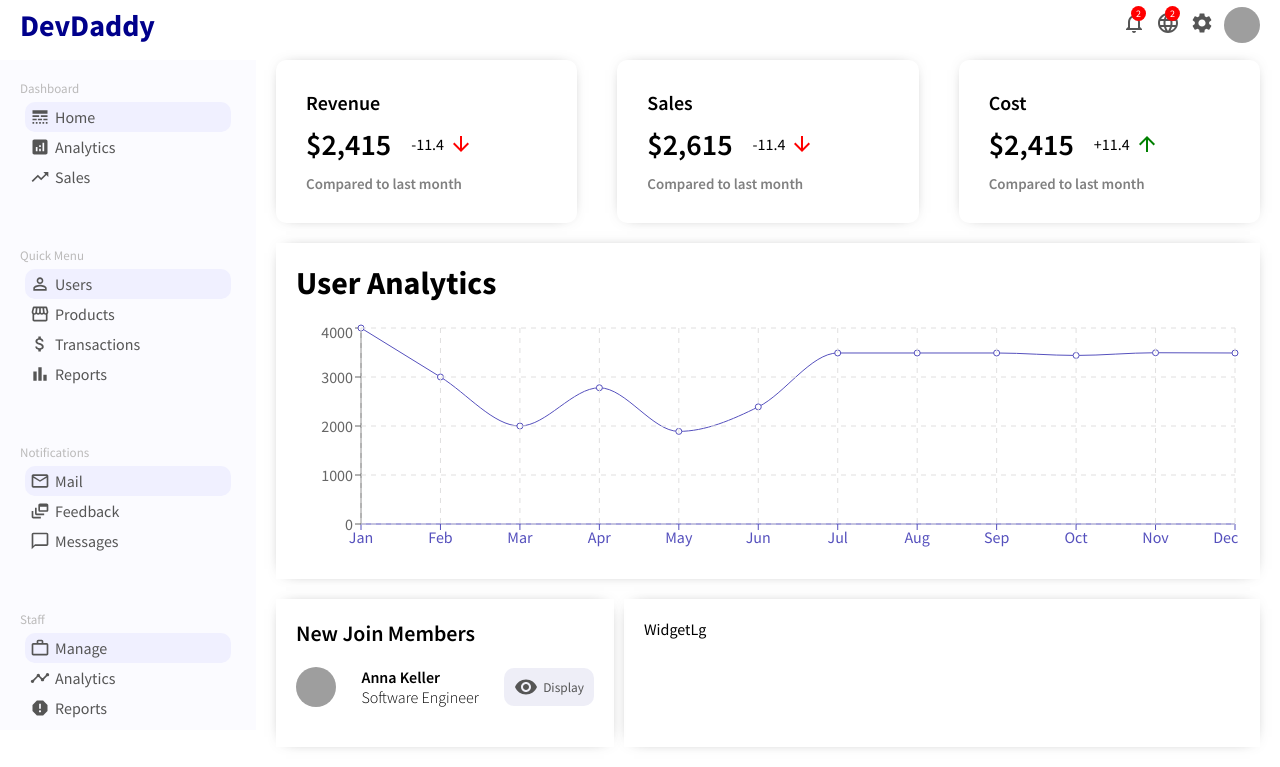
Repository: Marhamat92/react-admin-dashboard
Page: /
The author's editor kept a copy of each file at every save. The page is drawn from the files as they stood at one save, then again after the next save.
The browser window is 1280 px wide. The pictures show the whole page.
Pictures or frames that could not be fetched are drawn as grey boxes. The project was rebuilt for these pictures with package versions that can differ from the ones it lists, and the page was loaded fresh each time.

Above is the page before, as saved 2023-02-09 13:24:19.

### public/index.html
<!DOCTYPE html>
<html lang="en">

<head>
  <meta charset="utf-8" />
  <link rel="icon" href="%PUBLIC_URL%/favicon.ico" />
  <meta name="viewport" content="width=device-width, initial-scale=1" />
  <meta name="theme-color" content="#000000" />
  <meta name="description" content="Web site created using create-react-app" />
  <link rel="apple-touch-icon" href="%PUBLIC_URL%/logo192.png" />
  <link rel="preconnect" href="https://fonts.googleapis.com">
  <link rel="preconnect" href="https://fonts.gstatic.com" crossorigin>
  <link href="https://fonts.googleapis.com/css2?family=Source+Sans+Pro:wght@200;300;400;600;700;900&display=swap"
    rel="stylesheet">
  <!--
      manifest.json provides metadata used when your web app is installed on a
      user's mobile device or desktop. See https://developers.google.com/web/fundamentals/web-app-manifest/
    -->
  <link rel="manifest" href="%PUBLIC_URL%/manifest.json" />
  <!--
      Notice the use of %PUBLIC_URL% in the tags above.
      It will be replaced with the URL of the `public` folder during the build.
      Only files inside the `public` folder can be referenced from the HTML.

      Unlike "/favicon.ico" or "favicon.ico", "%PUBLIC_URL%/favicon.ico" will
      work correctly both with client-side routing and a non-root public URL.
      Learn how to configure a non-root public URL by running `npm run build`.
    -->
  <style>
    * {
      font-family: 'Source Sans Pro', sans-serif;
      margin: 0;
    }
  </style>
  <title>DevDaddy Admin Dashboard</title>
</head>

<body>
  <noscript>You need to enable JavaScript to run this app.</noscript>
  <div id="root"></div>
  <!--
      This HTML file is a template.
      If you open it directly in the browser, you will see an empty page.

      You can add webfonts, meta tags, or analytics to this file.
      The build step will place the bundled scripts into the <body> tag.

      To begin the development, run `npm start` or `yarn start`.
      To create a production bundle, use `npm run build` or `yarn build`.
    -->
</body>

</html>

### src/App.js
import Topbar from "./components/Topbar/Topbar";
import Sidebar from "./components/sidebar/Sidebar";
import "./app.scss";
import Home from "./pages/home/Home";


function App() {
  return (
    <div>
      <Topbar />
      <div className="container">
        <Sidebar />
        <Home />

      </div>
    </div>
  );
}

export default App;

### src/components/Topbar/Topbar.jsx
import React from 'react'
import "./topbar.scss"
import { Language, NotificationsNone, Settings } from '@mui/icons-material'

function Topbar() {
  return (
    <div className="topbar" >
       <div className='topbarWrapper' >
          <div className='topLeft' >
            <span className='logo'>DevDaddy</span>
          </div>
          <div className='topRight' >
             <div className='topbarIconContainer' >
               <NotificationsNone/>
                <span className='topIconBadge'>2</span>
             </div>
             <div className='topbarIconContainer' >
               <Language/>
                <span className='topIconBadge'>2</span>
             </div>
             <div className='topbarIconContainer' >
               <Settings/>
             </div>
             <img className='topAvatar' src='https://i.pinimg.com/originals/99/ee/d8/99eed8642bbb66a71d0f1677d18a2587.jpg' alt="jack sheperd" />
          </div>
       </div>
    </div>
  )
}

export default Topbar

### src/components/sidebar/Sidebar.js
import React from 'react'
import './sidebar.scss'
import { Analytics, AttachMoney, ChatBubbleOutline, DynamicFeed, LineStyle, MailOutline, PermIdentity, Report, Storefront, Timeline, TrendingUp, WorkOutline, BarChart } from '@mui/icons-material'



function Sidebar() {
  return (
    <div className='sidebar'>
      <div className='sidebarWrapper'>
        <div className='sidebarMenu' >
          <div className='sidebarTitle'>
            Dashboard
          </div>
          <ul className='sidebarList'>
            <li className='sidebarListItem active'>
              <LineStyle className='sidebarIcon' />
              Home
            </li>
            <li className='sidebarListItem'>
              <Analytics className='sidebarIcon' />
              Analytics
            </li>
            <li className='sidebarListItem'>
              <TrendingUp className='sidebarIcon' />
              Sales
            </li>
          </ul>
        </div>
      </div>

      <div className='sidebarWrapper'>
        <div className='sidebarMenu' >
          <div className='sidebarTitle'>
            Quick Menu
          </div>
          <ul className='sidebarList'>
            <li className='sidebarListItem active'>
              <PermIdentity className='sidebarIcon' />
              Users
            </li>
            <li className='sidebarListItem'>
              <Storefront className='sidebarIcon' />
              Products
            </li>
            <li className='sidebarListItem'>
              <AttachMoney className='sidebarIcon' />
              Transactions
            </li>
            <li className='sidebarListItem'>
              <BarChart className='sidebarIcon' />
              Reports
            </li>
          </ul>
        </div>
      </div>

      <div className='sidebarWrapper'>
        <div className='sidebarMenu' >
          <div className='sidebarTitle'>
            Notifications
          </div>
          <ul className='sidebarList'>
            <li className='sidebarListItem active'>
              <MailOutline className="sidebarIcon" />
              Mail
            </li>
            <li className='sidebarListItem'>
              <DynamicFeed className="sidebarIcon" />
              Feedback
            </li>
            <li className='sidebarListItem'>
              <ChatBubbleOutline className="sidebarIcon" />
              Messages
            </li>
          </ul>
        </div>
      </div>

      <div className='sidebarWrapper'>
        <div className='sidebarMenu' >
          <div className='sidebarTitle'>
            Staff
          </div>
          <ul className='sidebarList'>
            <li className='sidebarListItem active'>
              <WorkOutline className="sidebarIcon" />
              Manage
            </li>
            <li className='sidebarListItem'>
              <Timeline className="sidebarIcon" />
              Analytics
            </li>
            <li className='sidebarListItem'>
              <Report className="sidebarIcon" />
              Reports
            </li>
          </ul>
        </div>
      </div>
    </div>
  )
}

export default Sidebar

### src/app.scss
.container {
  display:flex;
  margin-top: 10px;
}

### src/pages/home/Home.js
import React from 'react'
import './home.scss'
import FeaturedInfo from '../../components/featuredInfo/FeaturedInfo'
import Chart from '../../components/chart/Chart'
import { userData } from '../../data/userData'
import WidgetSm from '../../components/widgetSm/WidgetSm'
import WidgetLg from '../../components/widgetLg/WidgetLg'

function Home() {
  return (
    <div className='home' >
      <FeaturedInfo />
      <Chart title="User Analytics" data={userData} dataKey="Active User" grid />
      <div className='homeWidgets' >
        <WidgetSm />
        <WidgetLg />
      </div>
    </div>
  )
}

export default Home

### src/components/Topbar/topbar.scss
.topbar{
  width:100%;
  height: 50px;
  background-color: white;
  position: sticky;
  top:0;
  z-index: 999;
}

.topbarWrapper{
  height: 100%;
  padding: 0px 20px;
  display: flex;
  align-items: center;
  justify-content: space-between;
}

.logo{
  font-weight:bold;
  font-size: 30px;
  color:darkblue;
  cursor: pointer;
}

.topRight{
  display:flex;
  align-items: center;
}

.topbarIconContainer{
  position:relative;
  cursor: pointer;
  margin-right:10px;
  color:#555;
}

.topIconBadge{
  width: 15px;
  height: 15px;
  display: flex;
  align-items: center;
  justify-content: center;
  position:absolute;
  top:-5px;
  right:0px;
  background-color: red;
  color:white;
  border-radius: 50%;
  font-size: 10px;
}

.topAvatar{
  width: 36px;
  height: 36px;
  border-radius: 50%;
  object-fit: cover;
  cursor: pointer;
}

### src/components/sidebar/sidebar.scss
.sidebar{
  flex:1;
  height:calc(100vh - 50px);
  background-color: rgb(251,251,255);
  position: sticky;
  top: 50px;
}

.sidebarWrapper{
  padding: 20px;
  color:#555;
}

.sidebarMenu{
  margin-bottom:10px;
}

.sidebarTitle{
  font-size: 13px;
  color:rgb(187,186,186);
}

.sidebarList{
  list-style: none;
  padding:5px;
}

.sidebarListItem{
  padding:5px;
  cursor:pointer;
  display:flex;
  align-items:center;
  border-radius: 10px;
}

.sidebarListItem.active,
.sidebarListItem:hover{
  background-color: rgb(240,240,255);
}

.sidebarIcon{
  margin-right: 5px;
  font-size: 20px !important;
}

### src/pages/home/home.scss
.home{
  flex:4;

}

.homeWidgets{
  display:flex;
  margin:20px;
}

### src/components/featuredInfo/FeaturedInfo.js
import React from 'react'
import './featuredInfo.scss'
import { ArrowDownward, ArrowUpward } from '@mui/icons-material'

function FeaturedInfo() {
  return (
    <div className='featured'>
      <div className='featuredItem'>
        <span className='featuredTitle'>Revenue</span>
        <div className='featuredMoneyContainer'>
          <span className='featuredMoney'>$2,415</span>
          <span className='featuredMoneyRate'>
            -11.4 <ArrowDownward className='featuredIcon negative' />
          </span>
        </div>
        <span className='featuredSub'>Compared to last month</span>
      </div>

      <div className='featuredItem'>
        <span className='featuredTitle'>Sales</span>
        <div className='featuredMoneyContainer'>
          <span className='featuredMoney'>$2,615</span>
          <span className='featuredMoneyRate'>
            -11.4 <ArrowDownward className='featuredIcon negative' />
          </span>
        </div>
        <span className='featuredSub'>Compared to last month</span>
      </div>

      <div className='featuredItem'>
        <span className='featuredTitle'>Cost</span>
        <div className='featuredMoneyContainer'>
          <span className='featuredMoney'>$2,415</span>
          <span className='featuredMoneyRate'>
            +11.4 <ArrowUpward className='featuredIcon positive' />
          </span>
        </div>
        <span className='featuredSub'>Compared to last month</span>
      </div>
    </div>
  )
}

export default FeaturedInfo

### src/components/chart/Chart.js
import React from 'react'
import './chart.scss'
import { LineChart, Line, XAxis, YAxis, CartesianGrid, Tooltip, Legend, ResponsiveContainer } from 'recharts';


function Chart({ title, data, dataKey, grid }) {




  return (
    <div className='chart'>
      <h1 className='chartTitle' >
        {title}
      </h1>
      <ResponsiveContainer width="100%" aspect={4 / 1} >
        <LineChart data={data}>
          <XAxis dataKey="name" stroke="#5550bd" />
          <YAxis />
          <Line type="monotone" dataKey={dataKey} stroke="#5550bd" />
          <Tooltip />
          {grid && <CartesianGrid stroke="#e0dfdf" strokeDasharray="5 5" />}
        </LineChart>
      </ResponsiveContainer>
    </div>
  )
}

export default Chart

### src/data/userData.js
export const userData = [
  {
    name: 'Jan',
    "Active User": 4000,

  },
  {
    name: 'Feb',
    "Active User": 3000,

  },
  {
    name: 'Mar',
    "Active User": 2000,

  },
  {
    name: 'Apr',
    "Active User": 2780,

  },
  {
    name: 'May',
    "Active User": 1890,

  },
  {
    name: 'Jun',
    "Active User": 2390,

  },
  {
    name: 'Jul',
    "Active User": 3490,

  },
  {
    name: 'Aug',
    "Active User": 3490,

  },
  {
    name: 'Sep',
    "Active User": 3490,

  },
  {
    name: 'Oct',
    "Active User": 3440,

  },
  {
    name: 'Nov',
    "Active User": 3495,

  },
  {
    name: 'Dec',
    "Active User": 3490,

  },
];

### src/components/widgetSm/WidgetSm.js
import React from 'react'
import './widgetSm.scss'
import { Visibility } from '@mui/icons-material'

function WidgetSm() {
  return (
    <div className='widgetSm' >
      <span className='widgetSmTitle' >
        New Join Members
      </span>
      <ul className='widgetSmList' >
        <li className='widgetSmListItem' >
          <img src='https://images.pexels.com/photos/414171/pexels-photo-414171.jpeg?auto=compress&cs=tinysrgb&dpr=2&h=650&w=940' alt='' className='widgetSmImg' />
          <div className='widgetSmUser' >
            <span className='widgetSmUsername' >Anna Keller</span>
            <span className='widgetSmUserTitle' >Software Engineer</span>
          </div>
          <button className='widgetSmButton' >
            <Visibility className='widgetSmallIcon' />
            Display
          </button>
        </li>
      </ul>
    </div>
  )
}

export default WidgetSm

### src/components/widgetLg/WidgetLg.js
import React from 'react'
import './widgetLg.scss'

function WidgetLg() {
  return (
    <div className='widgetLg' >WidgetLg</div>
  )
}

export default WidgetLg

### src/components/featuredInfo/featuredInfo.scss
.featured{
  width:100%;
  display:flex;
  justify-content:space-between;
}

.featuredItem{
  flex:1;
  margin:0 20px;
  padding:30px;
  border-radius:10px;
  cursor:pointer;
  -webkit-box-shadow: 0px 0px 15px -10px rgba(0, 0, 0, 0.75);
  box-shadow: 0px 0px 15px -10px rgba(0, 0, 0, 0.75);
}

.featuredTitle{
  font-size:20px;
  font-weight:600;
  margin-bottom:10px;
}

.featuredMoneyContainer{
  display:flex;
  align-items:center;
  margin:10px 0;
}

.featuredMoney{
  font-size:30px;
  font-weight:600;

}

.featuredMoneyRate{
  display: flex;
  align-items: center;
  margin-left: 20px;
}

.featuredIcon{
  font-size:14px;
  margin-left:5px;
  color:green
}

.featuredIcon.negative{
  color:red;
}

.featuredSub{
  font-size:15px;
  font-weight:600;
  color:gray;
}

### src/components/chart/chart.scss
.chart{
  margin: 20px;
  padding: 20px;
  -webkit-box-shadow: 0px 0px 15px -10px rgba(0, 0, 0, 0.75);
  box-shadow: 0px 0px 15px -10px rgba(0, 0, 0, 0.75);
}

.chartTitle{
  margin-bottom: 20px;
}

### src/components/widgetSm/widgetSm.scss
.widgetSm{
  flex:1;
  -webkit-box-shadow: 0px 0px 15px -10px rgba(0, 0, 0, 0.75);
  box-shadow: 0px 0px 15px -10px rgba(0, 0, 0, 0.75);
  padding:20px;
  margin-right: 10px;
}

.widgetSmTitle{
  font-size:22px;
  font-weight: 600;
}

.widgetSmImg{
  width:40px;
  height:40px;
  border-radius: 50%;
  object-fit: cover;
}

.widgetSmList{
  margin: 0;
  padding:0;
  list-style: none;}


.widgetSmListItem{
  display: flex;
  align-items: center;
  justify-content: space-between;
  margin: 20px 0px;
}

.widgetSmUser{
  display:flex;
  flex-direction: column;
}

.widgetSmUsername{
  font-weight: 600;
}

.widgetSmUserTitle{
  font-weight:300;
}

.widgetSmButton{
  display: flex;
  align-items: center;
  border:none;
  border-radius: 10px;
  padding:7px 10px;
  background-color: #eeeef7;
  color:#555;
  cursor: pointer;
}

.widgetSmallIcon{
  font-size: 16px;
  margin-right: 5px;
}

### src/components/widgetLg/widgetLg.scss
.widgetLg{
  flex:2;
  -webkit-box-shadow: 0px 0px 15px -10px rgba(0, 0, 0, 0.75);
  box-shadow: 0px 0px 15px -10px rgba(0, 0, 0, 0.75);
  padding:20px;
}

Loaded but not shown: src/index.js (common file)

After the next save:
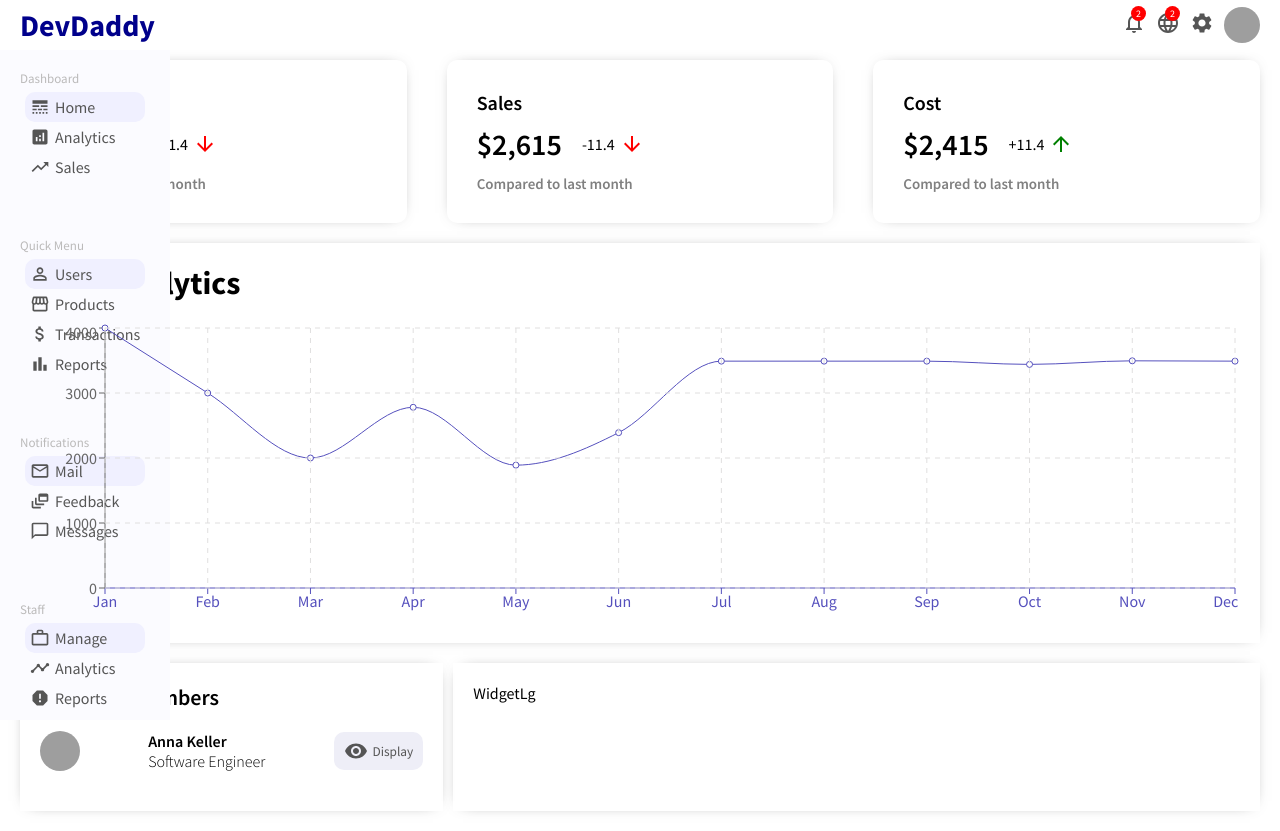
Saved 13 min 54 s later.
--- a/src/components/sidebar/sidebar.scss
+++ b/src/components/sidebar/sidebar.scss
@@ -2,7 +2,7 @@
   flex:1;
   height:calc(100vh - 50px);
   background-color: rgb(251,251,255);
-  position: sticky;
+  position: fixed;
   top: 50px;
 }
 

After the save that followed:
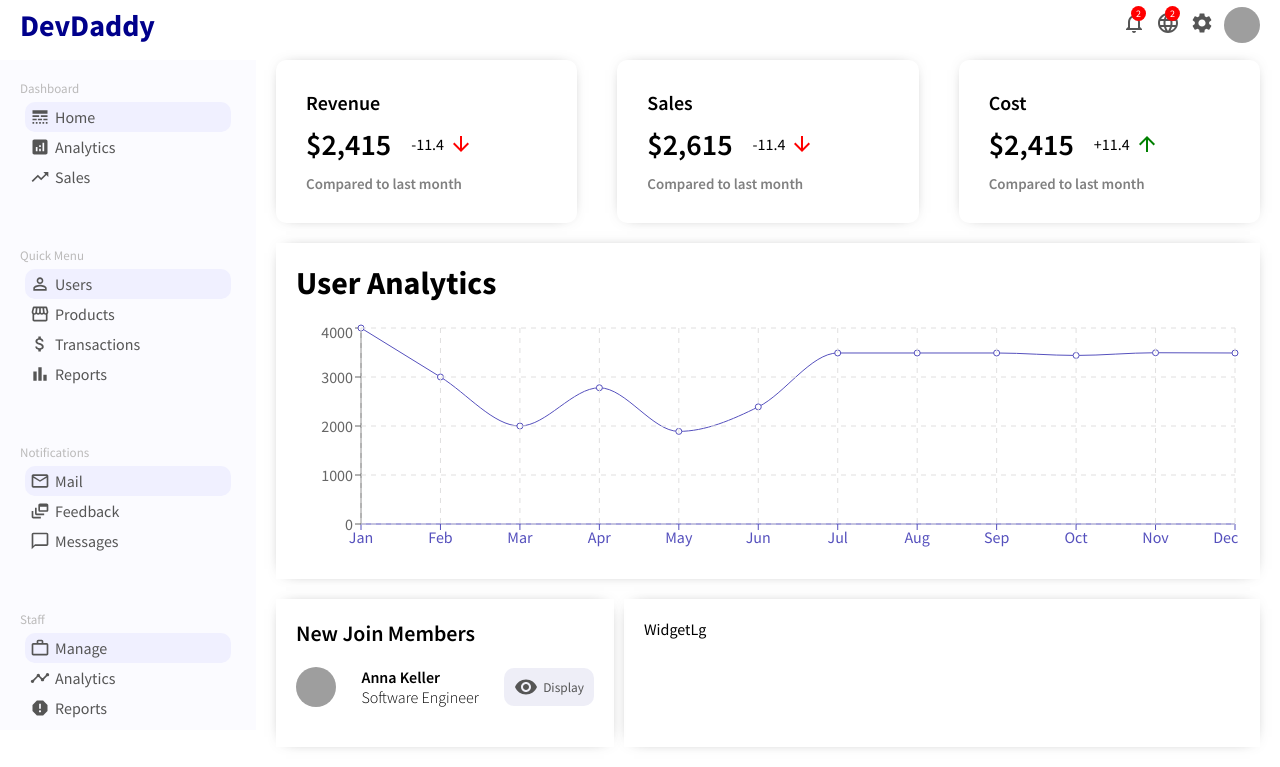
Saved 14 s later.
--- a/src/components/sidebar/sidebar.scss
+++ b/src/components/sidebar/sidebar.scss
@@ -2,7 +2,7 @@
   flex:1;
   height:calc(100vh - 50px);
   background-color: rgb(251,251,255);
-  position: fixed;
+  position: sticky;
   top: 50px;
 }
 
